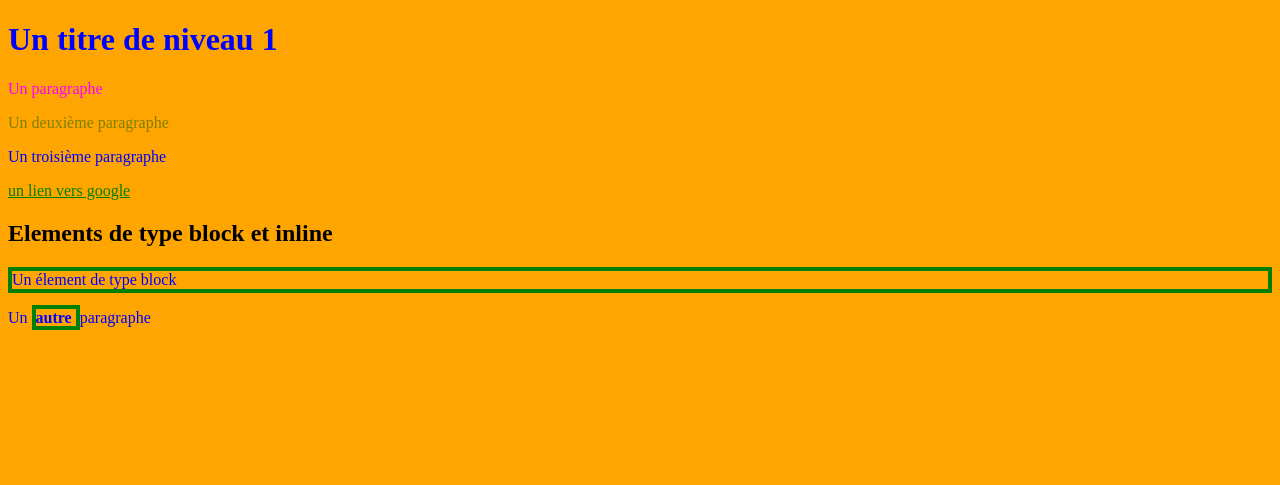
Repository: serviceshuios/Git-Aix-Web
Page: bases-html-css/WebContent/index.html
An editor plug-in stored every save of this project. The page is shown before and after the next save, followed by the edit.
The browser window is 1280 px wide. The pictures show the whole page.

Above is the page before, as saved 2018-10-22 14:39:08.

### bases-html-css/WebContent/index.html
<!DOCTYPE html>
<html>
	<head>
		<meta charset="utf-8"/>
		<title>BASES HTML CSS</title>
        <link rel="stylesheet" href="css/style.css"/>
	</head>
	<body>
		<h1>Un titre de niveau 1</h1>
		<p id="monId">Un paragraphe</p>
		<p class="maClasse">Un deuxième paragraphe</p>
		<p> Un troisième paragraphe</p>
		<a href="http://www.google.fr">un lien vers google</a>
		<h2>Elements de type block et inline</h2>
		<p class="bord"> Un élement de type block</p>
		<p> Un <strong> autre </strong> paragraphe</p>
	</body>
</html>

### bases-html-css/WebContent/css/style.css
@charset "utf-8";
/* un commentaire
*/
body {
	background-color: orange;
	}
h1, p {
	color: blue;
	/*font-size: 16px;*/
}

a {
	color:green;
}
/* cibler Id*/
#monId {
	color:fuchsia;
}

/* cibler classe */
.maClasse{
	color:olive;
}
.bord, strong {
	border: 4px solid green;
	}

After the next save:
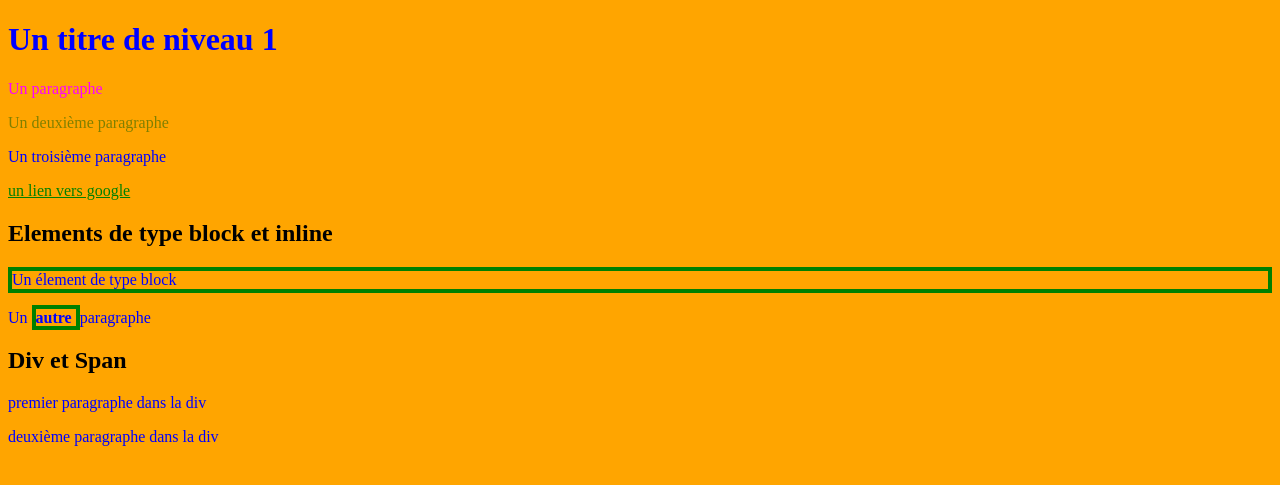
Saved 8 min 40 s later.
--- a/bases-html-css/WebContent/index.html
+++ b/bases-html-css/WebContent/index.html
@@ -14,5 +14,10 @@
 		<h2>Elements de type block et inline</h2>
 		<p class="bord"> Un élement de type block</p>
 		<p> Un <strong> autre </strong> paragraphe</p>
+		<h2>Div et Span</h2>
+		<div>
+			<p>premier paragraphe dans la div</p>
+			<p>deuxième paragraphe dans la div</p>
+		</div>
 	</body>
 </html>
